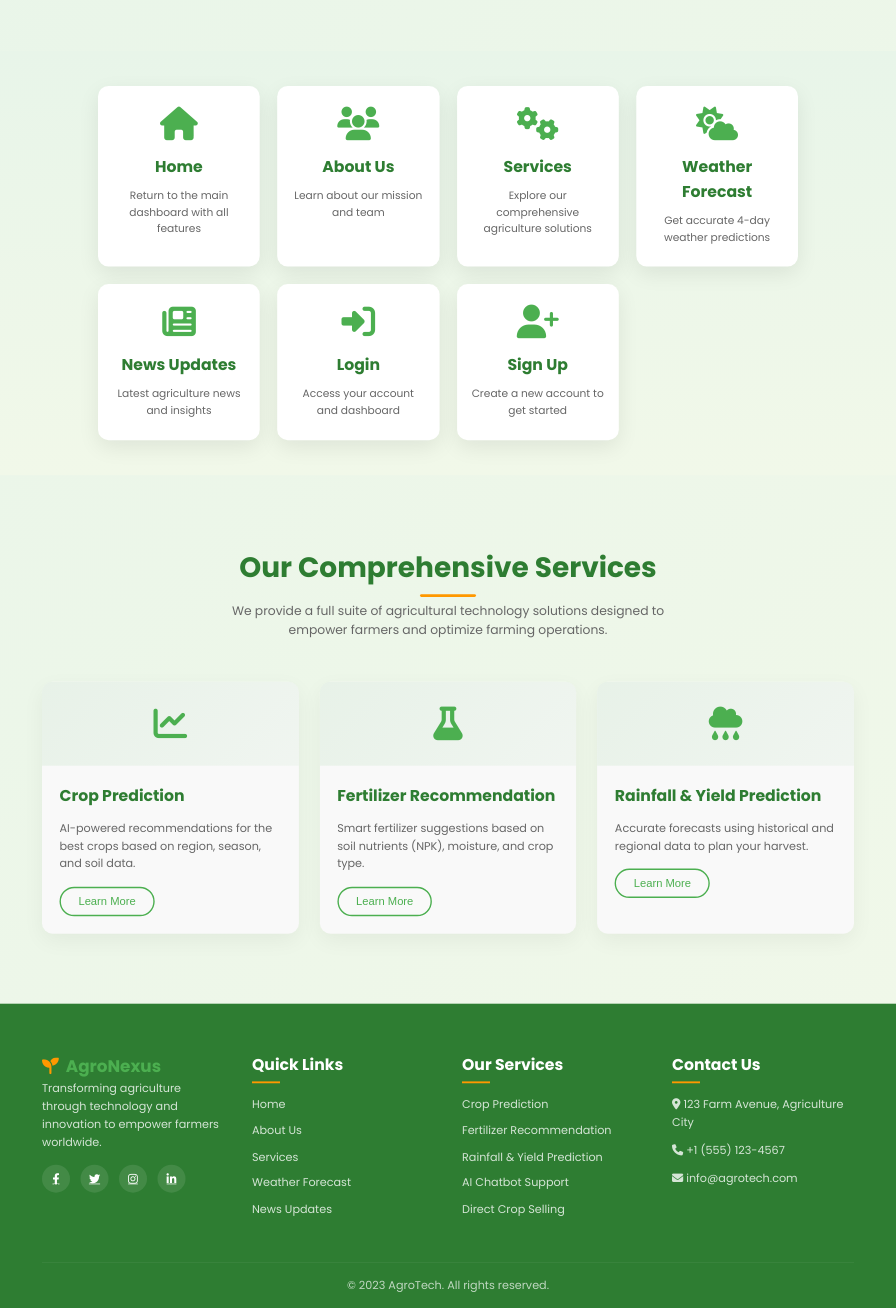
Repository: Sanika-ce/AgroNexus
Page: home.html
These files come from the project's save history. The page is drawn as it stood at one moment and after the next save; the edit follows.
The browser window is 1280 px wide. The pictures show the part of the page from y = 647 to 2567 px (the page is 2516 px tall before and 2567 px after), at 70% of full size.

Above is the page before, as saved 2025-08-02 15:30:27.

### home.html
<!DOCTYPE html>
<html lang="en">
<head>
    <meta charset="UTF-8">
    <meta name="viewport" content="width=device-width, initial-scale=1.0">
    <title>AgroTech - Modern Agriculture Solutions</title>
    <link rel="stylesheet" href="https://cdnjs.cloudflare.com/ajax/libs/font-awesome/6.4.0/css/all.min.css">
    <link href="https://fonts.googleapis.com/css2?family=Poppins:wght@300;400;500;600;700&family=Roboto+Slab:wght@400;600&display=swap" rel="stylesheet">
    <link rel="stylesheet" href="home.css">
</head>
<body>




    <!-- Header & Navigation -->
    <header>
        <div class="container">

            <nav>
                <div class="logo">

                    <i class="fas fa-seedling"></i>
                    <span>AgroNexus</span>
                </div>
                <ul class="nav-links">
                    <li><a href="#">Home</a></li>
                    <li><a href="#">About</a></li>
                    <li><a href="#">Services</a></li>
                    <li><a href="#">Weather</a></li>
                    <li><a href="#">News</a></li>
                    <li><a href="#">Shop</a></li>
                </ul>
                <div class="auth-buttons">
                    <button class="btn btn-outline" onclick="openLogin()">Login</button>
                    <button class="btn btn-primary" onclick="openSignup()">Sign Up</button>
                </div>
                <div class="mobile-toggle">
                    <i class="fas fa-bars"></i>
                </div>
            </nav>
            <!-- <img src="image/agro.png" alt="Agro Image" width="500"> -->
        </div>
    </header>

    <!-- Hero Section -->
    <section class="hero">
        <div class="container">
            <div class="hero-content">
                <h1>Transforming <span>Agriculture</span> with AI Technology</h1>
                <p>Empowering farmers with cutting-edge AI solutions for crop prediction, fertilizer recommendations, weather forecasting, and direct market access.</p>
                <button class="btn btn-primary">Get Started</button>
            </div>
        </div>
    </section>

    <!-- Quick Links Section -->
    <section class="quick-links">
        <div class="container">
            <div class="links-grid">
                <!-- Home -->
                <div class="link-block">
                    <i class="fas fa-home"></i>
                    <h3>Home</h3>
                    <p>Return to the main dashboard with all features</p>
                </div>

                <!-- About Us -->
                <div class="link-block">
                    <i class="fas fa-users"></i>
                    <h3>About Us</h3>
                    <p>Learn about our mission and team</p>
                </div>

                <!-- Services -->
                <div class="link-block">
                    <i class="fas fa-cogs"></i>
                    <h3>Services</h3>
                    <p>Explore our comprehensive agriculture solutions</p>
                </div>

                <!-- Weather Forecast -->
                <div class="link-block">
                    <i class="fas fa-cloud-sun"></i>
                    <h3>Weather Forecast</h3>
                    <p>Get accurate 4-day weather predictions</p>
                </div>

                <!-- News Updates -->
                <div class="link-block">
                    <i class="fas fa-newspaper"></i>
                    <h3>News Updates</h3>
                    <p>Latest agriculture news and insights</p>
                </div>

                <!-- Login -->
                <div class="link-block" onclick="openLogin()">
                    <i class="fas fa-sign-in-alt"></i>
                    <h3>Login</h3>
                    <p>Access your account and dashboard</p>
                </div>

                <!-- Signup -->
                <div class="link-block" onclick="openSignup()">
                    <i class="fas fa-user-plus"></i>
                    <h3>Sign Up</h3>
                    <p>Create a new account to get started</p>
                </div>
            </div>
        </div>
    </section>

    <!-- Services Section -->
    <section class="section">
        <div class="container">
            <div class="section-title">
                <h2>Our Comprehensive Services</h2>
                <p>We provide a full suite of agricultural technology solutions designed to empower farmers and optimize farming operations.</p>
            </div>
            <div class="services-grid">
                <!-- Crop Prediction -->
                <div class="service-card">
                    <div class="service-icon">
                        <i class="fas fa-chart-line"></i>
                    </div>
                    <div class="service-content">
                        <h3>Crop Prediction</h3>
                        <p>AI-powered recommendations for the best crops based on region, season, and soil data.</p>
                        <button class="btn btn-outline">Learn More</button>
                    </div>
                </div>

                <!-- Fertilizer Recommendation -->
                <div class="service-card">
                    <div class="service-icon">
                        <i class="fas fa-flask"></i>
                    </div>
                    <div class="service-content">
                        <h3>Fertilizer Recommendation</h3>
                        <p>Smart fertilizer suggestions based on soil nutrients (NPK), moisture, and crop type.</p>
                        <button class="btn btn-outline">Learn More</button>
                    </div>
                </div>

                <!-- Rainfall & Yield Prediction -->
                <div class="service-card">
                    <div class="service-icon">
                        <i class="fas fa-cloud-rain"></i>
                    </div>
                    <div class="service-content">
                        <h3>Rainfall & Yield Prediction</h3>
                        <p>Accurate forecasts using historical and regional data to plan your harvest.</p>
                        <button class="btn btn-outline">Learn More</button>
                    </div>
                </div>
            </div>
        </div>
    </section>

    <!-- Footer -->
    <footer>
        <div class="container">
            <div class="footer-content">
                <div class="footer-column">
                    <div class="logo">
                        <i class="fas fa-seedling"></i>
                        <span>AgroNexus</span>
                    </div>
                    <p>Transforming agriculture through technology and innovation to empower farmers worldwide.</p>
                    <div class="social-icons">
                        <a href="#"><i class="fab fa-facebook-f"></i></a>
                        <a href="#"><i class="fab fa-twitter"></i></a>
                        <a href="#"><i class="fab fa-instagram"></i></a>
                        <a href="#"><i class="fab fa-linkedin-in"></i></a>
                    </div>
                </div>

                <div class="footer-column">
                    <h3>Quick Links</h3>
                    <ul class="footer-links">
                        <li><a href="#">Home</a></li>
                        <li><a href="#">About Us</a></li>
                        <li><a href="#">Services</a></li>
                        <li><a href="#">Weather Forecast</a></li>
                        <li><a href="#">News Updates</a></li>
                    </ul>
                </div>

                <div class="footer-column">
                    <h3>Our Services</h3>
                    <ul class="footer-links">
                        <li><a href="#">Crop Prediction</a></li>
                        <li><a href="#">Fertilizer Recommendation</a></li>
                        <li><a href="#">Rainfall & Yield Prediction</a></li>
                        <li><a href="#">AI Chatbot Support</a></li>
                        <li><a href="#">Direct Crop Selling</a></li>
                    </ul>
                </div>

                <div class="footer-column">
                    <h3>Contact Us</h3>
                    <p><i class="fas fa-map-marker-alt"></i> 123 Farm Avenue, Agriculture City</p>
                    <p><i class="fas fa-phone"></i> +1 (555) 123-4567</p>
                    <p><i class="fas fa-envelope"></i> info@agrotech.com</p>
                </div>
            </div>
            <div class="copyright">
                <p>&copy; 2023 AgroTech. All rights reserved.</p>
            </div>
        </div>
    </footer>

    <!-- Login Form -->
    <div class="auth-container" id="login-container">
        <div class="auth-form" id="login-form">
            <span class="close-btn" onclick="closeAuth()">&times;</span>
            <h2>Login to Your Account</h2>
            <div class="form-group">
                <label for="login-email">Email Address</label>
                <input type="email" id="login-email" placeholder="Enter your email">
            </div>
            <div class="form-group">
                <label for="login-password">Password</label>
                <input type="password" id="login-password" placeholder="Enter your password">
            </div>
            <button class="btn btn-primary" style="width: 100%;">Login</button>
            <div class="form-footer">
                <div class="form-switch">
                    Don't have an account? <a href="#" onclick="switchToSignup()">Sign Up</a>
                </div>
                <p><a href="#">Forgot your password?</a></p>
            </div>
        </div>
    </div>

    <!-- Signup Form -->
    <div class="auth-container" id="signup-container">
        <div class="auth-form" id="signup-form">
            <span class="close-btn" onclick="closeAuth()">&times;</span>
            <h2>Create New Account</h2>
            <div class="form-group">
                <label for="signup-name">Full Name</label>
                <input type="text" id="signup-name" placeholder="Enter your full name">
            </div>
            <div class="form-group">
                <label for="signup-email">Email Address</label>
                <input type="email" id="signup-email" placeholder="Enter your email">
            </div>
            <div class="form-group">
                <label for="signup-password">Password</label>
                <input type="password" id="signup-password" placeholder="Create a password">
            </div>
            <div class="form-group">
                <label for="signup-confirm">Confirm Password</label>
                <input type="password" id="signup-confirm" placeholder="Confirm your password">
            </div>
            <button class="btn btn-primary" style="width: 100%;">Create Account</button>
            <div class="form-footer">
                <div class="form-switch">
                    Already have an account? <a href="#" onclick="switchToLogin()">Login</a>
                </div>
                <p>By signing up, you agree to our <a href="#">Terms of Service</a></p>
            </div>
        </div>
    </div>

    <script src="home.js">

    </script>
</body>
</html>

Loaded but not shown: home.js (139 lines, source omitted); home.css (596 lines, source omitted)

After the next save:
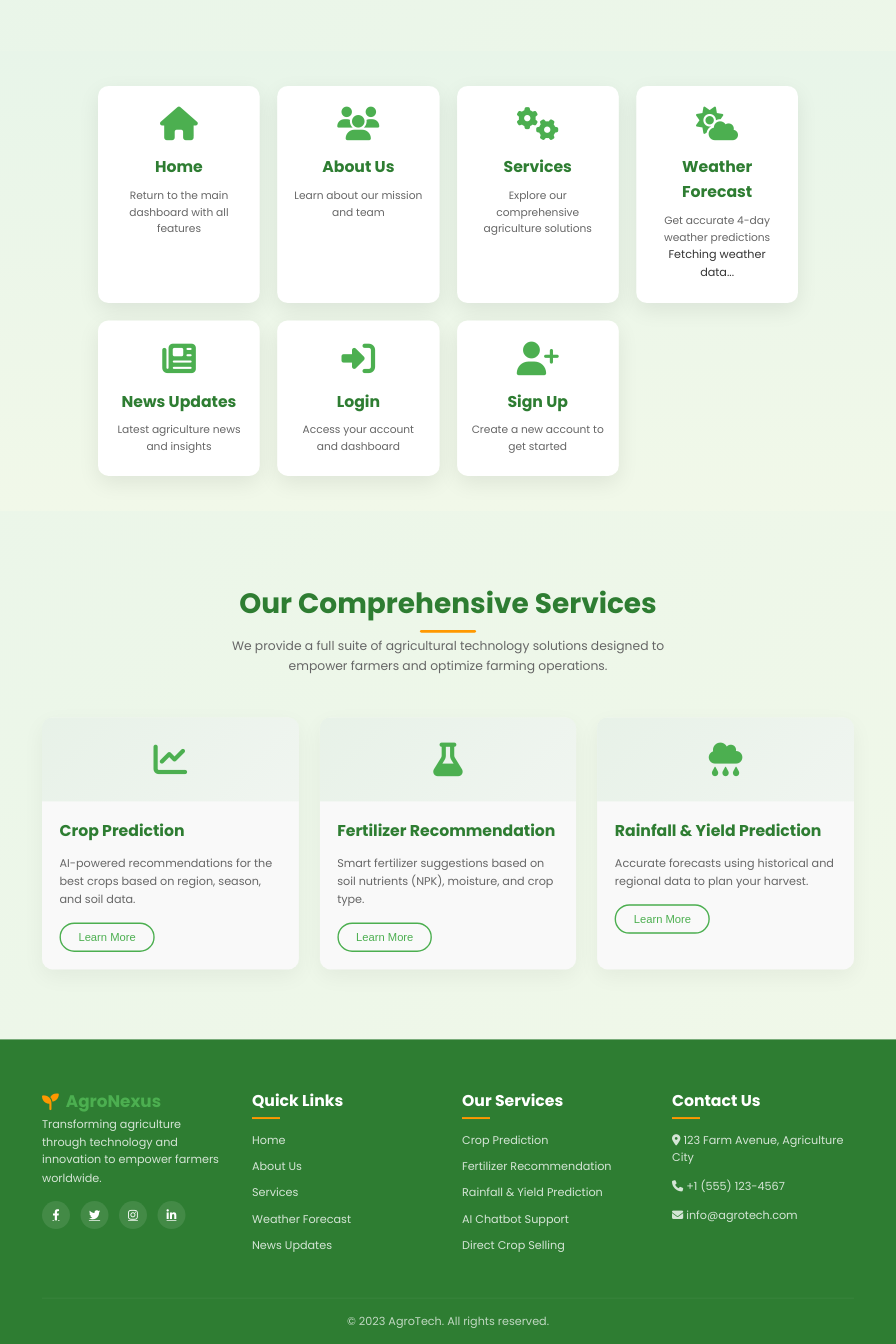
Saved 73 s later.
--- a/home.html
+++ b/home.html
@@ -84,6 +84,7 @@
                     <i class="fas fa-cloud-sun"></i>
                     <h3>Weather Forecast</h3>
                     <p>Get accurate 4-day weather predictions</p>
+                      <div id="weather-container">Fetching weather data...</div>
                 </div>
 
                 <!-- News Updates -->
